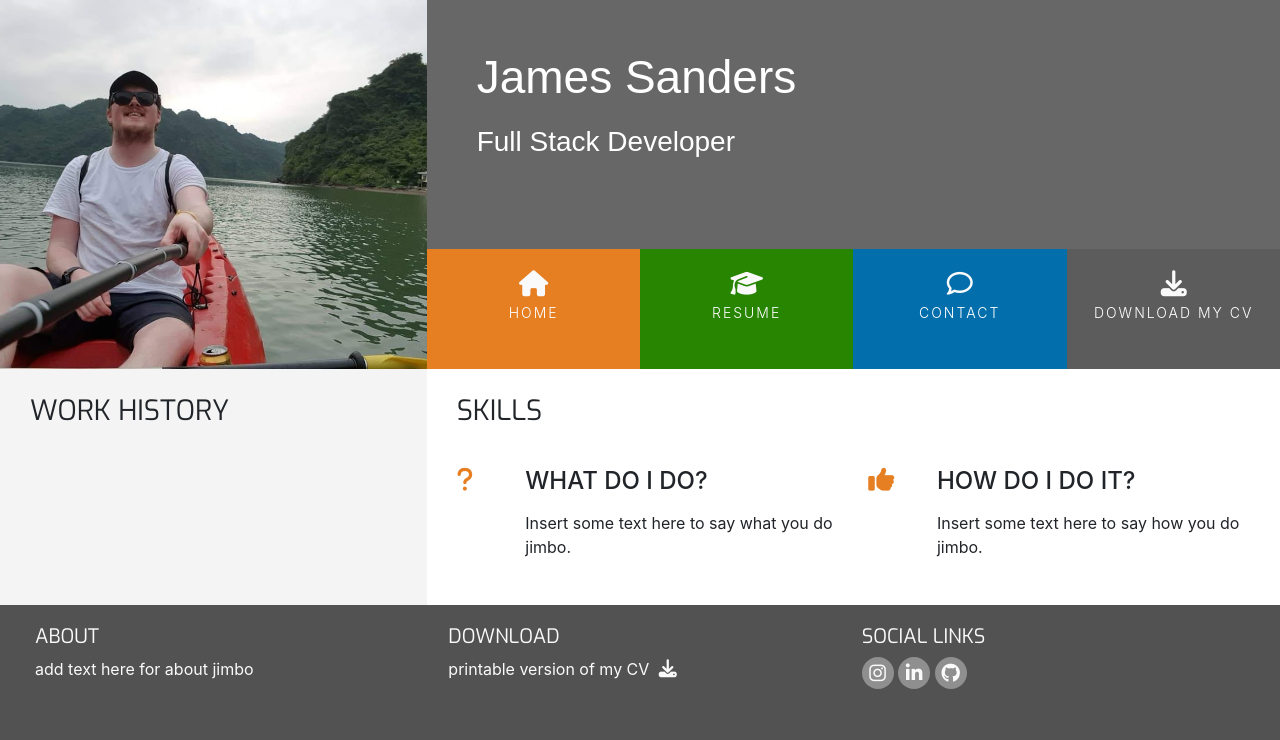
Repository: JaySanders95/my-online-resume
Page: resume.html
The author's editor kept a copy of each file at every save. The page is drawn from the files as they stood at one save, then again after the next save.
The browser window is 1280 px wide. The pictures show the whole page.
Some web fonts or font styles are not loaded; a fallback is used. Some web libraries are served in a nearby version.

Above is the page before, as saved 2023-04-19 21:41:50.

After the next save:
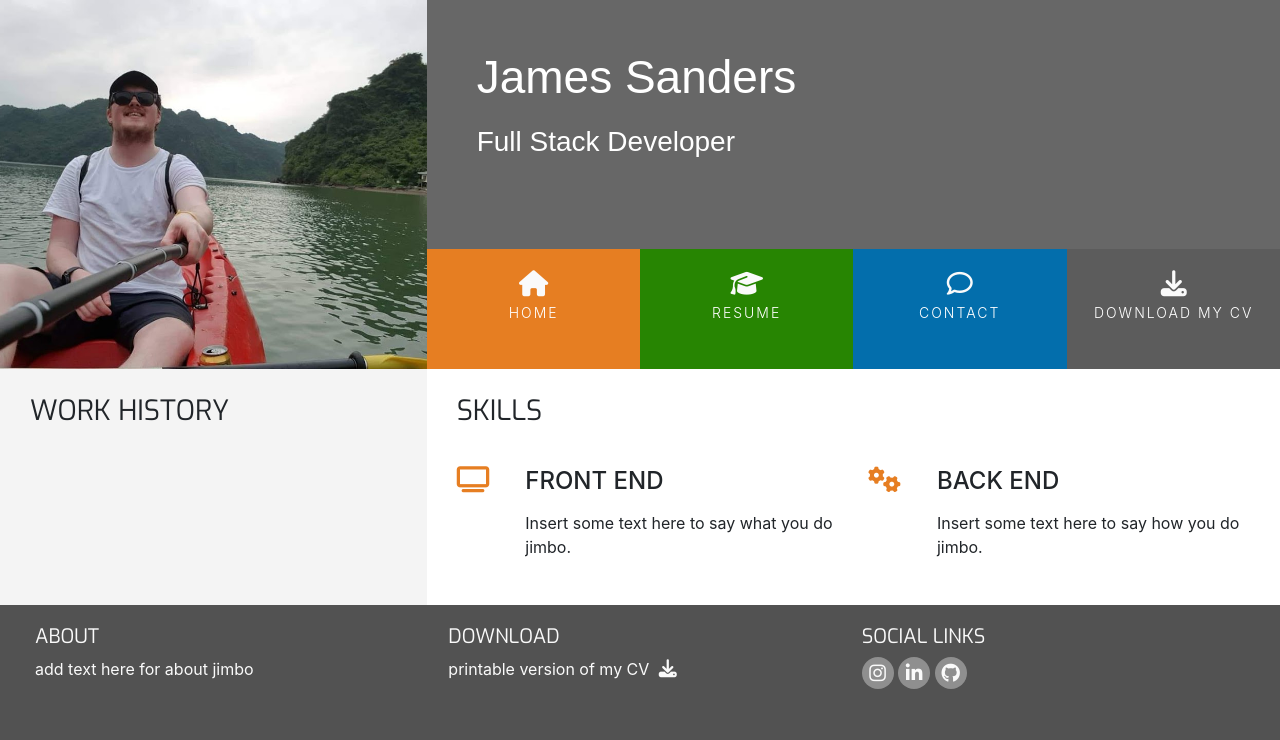
Saved 56 s later.
--- a/resume.html
+++ b/resume.html
@@ -67,10 +67,10 @@
                     <div class="col-10 offset-1 offset-sm-0 col-sm-4 col-md-6">
                         <div class="row">
                             <div class="col-2">
-                                <i class="three-reasons-icon fa fa-question" aria-hidden="true"></i>
+                                <i class="three-reasons-icon fa fa-tv" aria-hidden="true"></i>
                             </div>
                             <div class="col-10">
-                                <h4 class="three-reasons-heading uppercase">What do i do?</h4>
+                                <h4 class="three-reasons-heading uppercase">Front End</h4>
                                 <p>
                                     Insert some text here to say what you do jimbo.
                                 </p>
@@ -80,10 +80,10 @@
                     <div class="col-10 offset-1 offset-sm-0 col-sm-4 col-md-6">
                         <div class="row">
                             <div class="col-2">
-                                <i class="three-reasons-icon fa fa-thumbs-up" aria-hidden="true"></i>
+                                <i class="three-reasons-icon fa fa-gears" aria-hidden="true"></i>
                             </div>
                             <div class="col-10">
-                                <h4 class="three-reasons-heading uppercase">How do I do it?</h4>
+                                <h4 class="three-reasons-heading uppercase">Back end</h4>
                                 <p>
                                     Insert some text here to say how you do jimbo.
                                 </p>
